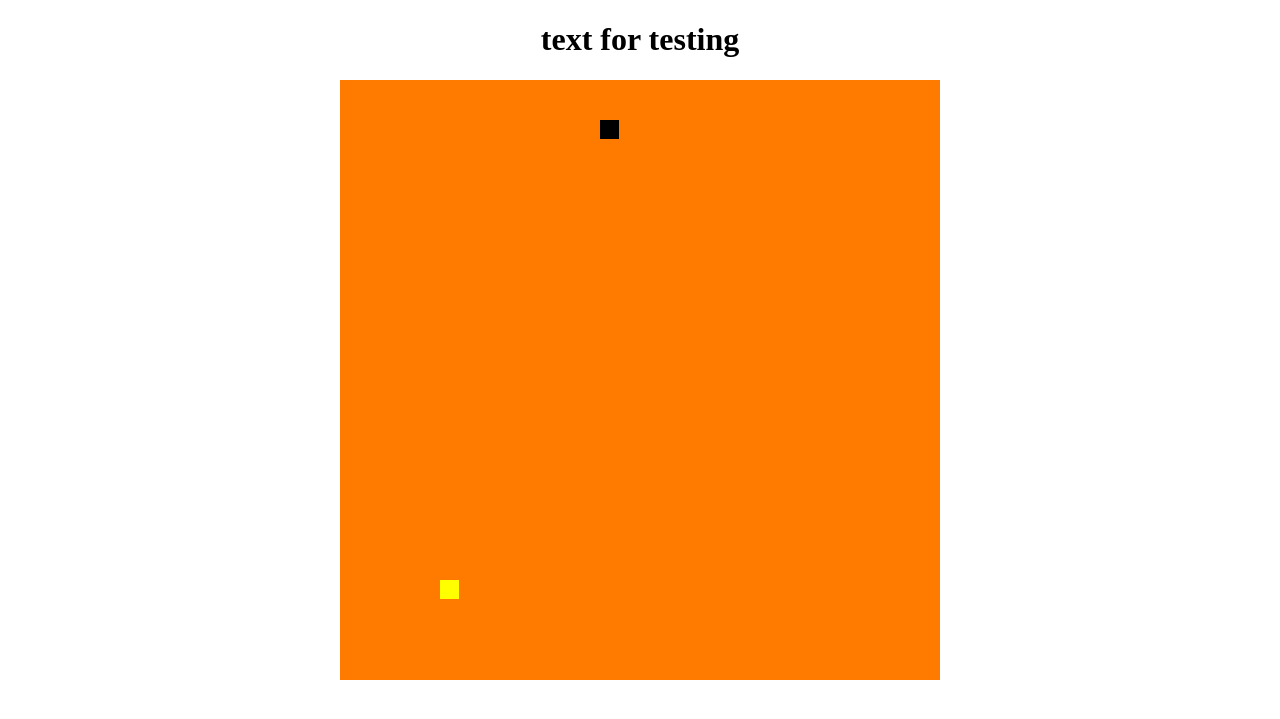
Repository: jessehapuli/jessehapuli.github.io
Page: snake/snake.html
The author's editor kept a copy of each file at every save. The page is drawn from the files as they stood at one save, then again after the next save.
The browser window is 1280 px wide. The pictures show the whole page.

Above is the page before, as saved 2024-05-14 08:12:37.

After the next save:
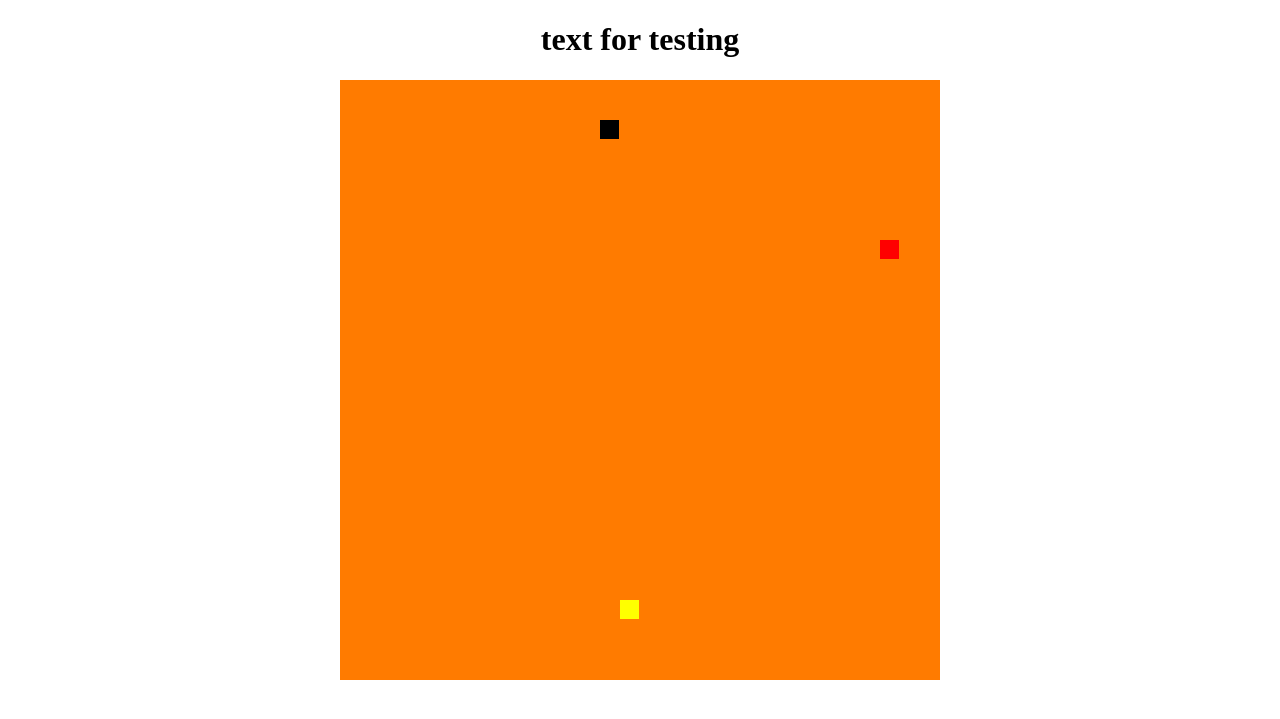
Saved 4 min 39 s later.
--- a/snake/testsnake.js
+++ b/snake/testsnake.js
@@ -35,7 +35,7 @@ window.onload = function() {
 
     placesnake();
     placeapple();
-    placeapple();
+    placeapple2();
     document.addEventListener("keyup", changeDirection);
     //update
     setInterval(update, 1000/10);
@@ -51,11 +51,18 @@ function update() {
     Context.fillStyle="yellow";
     Context.fillRect(appleX, appleY, blocksize-1, blocksize-1);
 
+    Context.fillStyle="red";
+    Context.fillRect(apple2X, apple2Y, blocksize-1, blocksize-1);
 
 
     if (snakeX  == appleX && snakeY == appleY) {
         snakebody.push([appleX, appleY])
         placeapple();
+    }
+
+    if (snakeX  == apple2X && snakeY == apple2Y) {
+        snakebody.push([apple2X, apple2Y])
+        placeapple2();
     }
 
     for (let i = snakebody.length-1; i > 0; i--) {
@@ -133,6 +140,15 @@ function changeDirection(e) {
     else if (e.code == "KeyC") {
         snakebody.length = 7;
     }
+
+    else if (e.code == "Key2") {
+        placeapple2();
+    }
+}
+
+function placeapple2() {
+    apple2X = Math.floor(Math.random() * columns) * blocksize;
+    apple2Y = Math.floor(Math.random() * rows) * blocksize;
 }
 
 function placeapple() {
